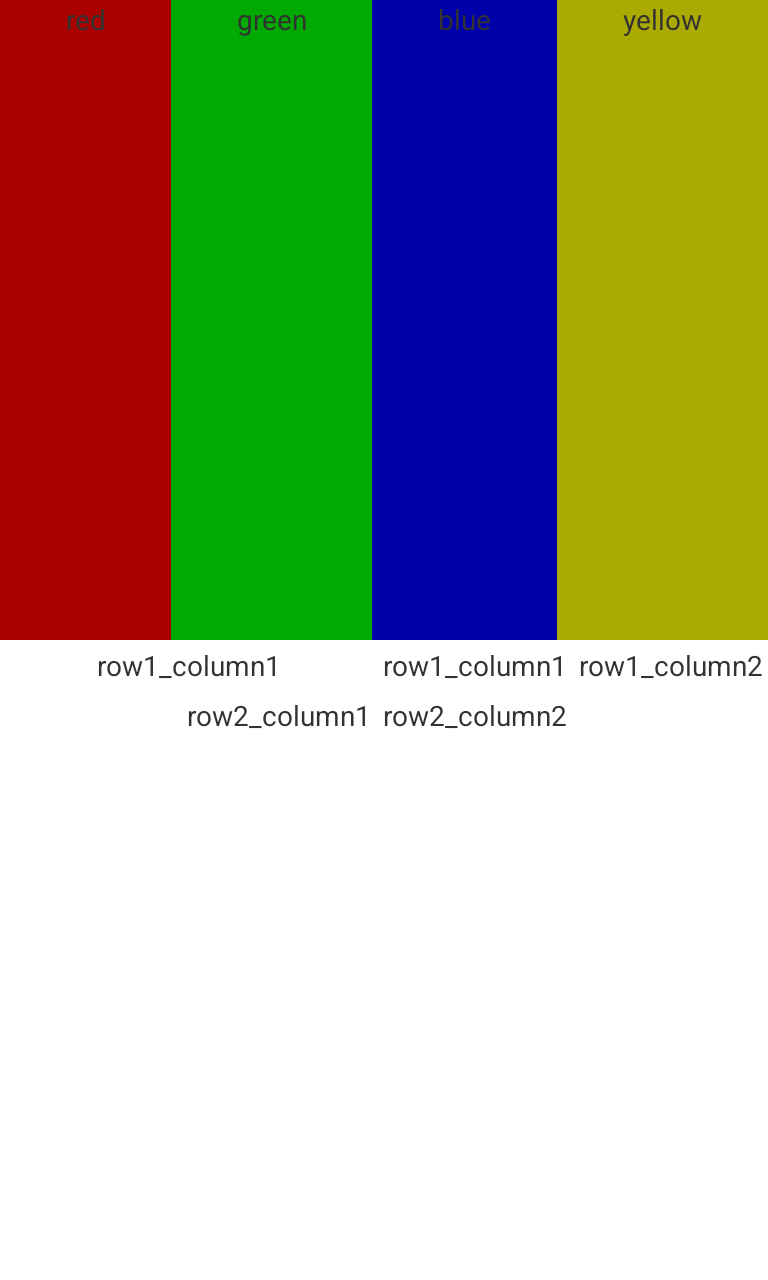
Repository: HouJun11220033/Android
Layout: Layout_04/res/layout/second.xml
These files come from the project's save history. The layout is drawn as it stood at one moment and after the next save; the edit follows.
It is drawn on a 768 x 1280 px phone screen (xhdpi) without system bars, with theme AppTheme; the app's code is not run.

Above is the layout before, as saved 2016-09-15 16:04:42.

After the next save:
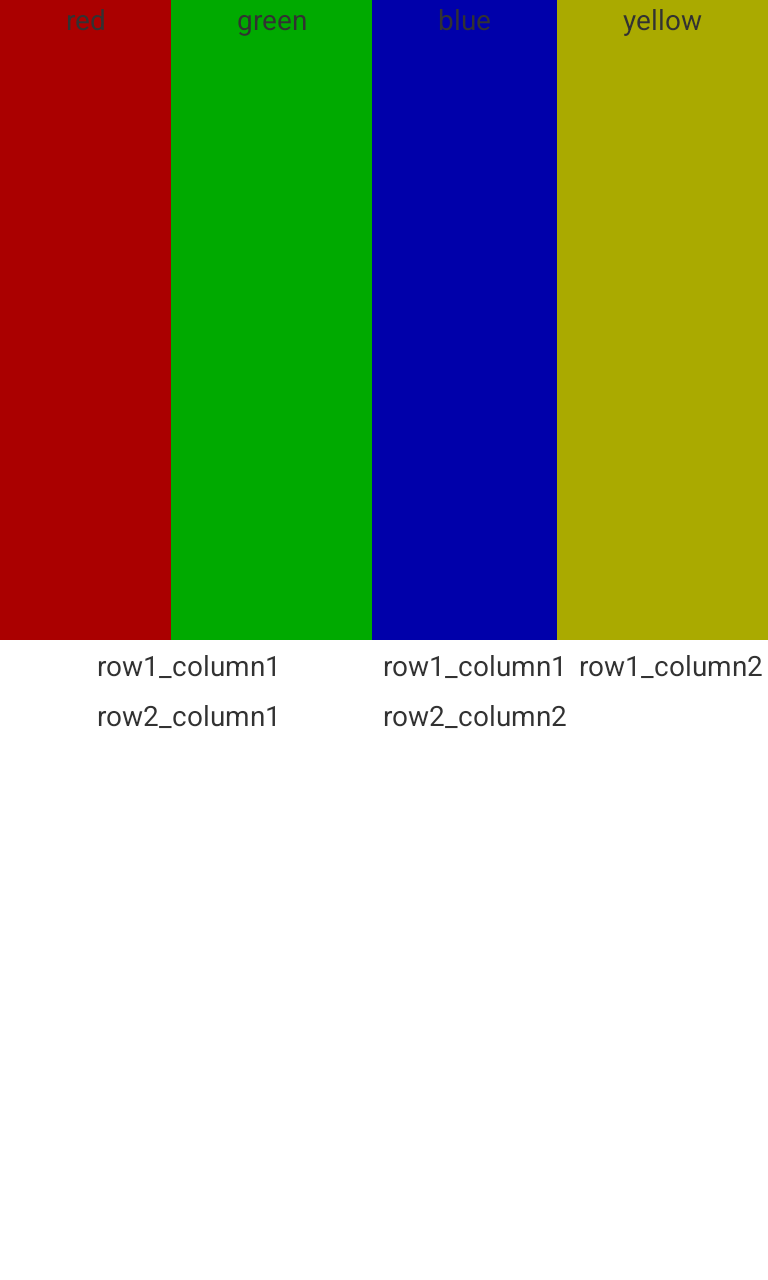
Saved 13 s later.
--- a/Layout_04/res/layout/second.xml
+++ b/Layout_04/res/layout/second.xml
@@ -76,12 +76,12 @@
             <TableRow>
 
                 <TextView
-                    android:gravity="right"
+                   android:gravity="center"
                     android:padding="3dip"
                     android:text="@string/row2_column1" />
 
                 <TextView
-                    android:gravity="right"
+                    android:gravity="center"
                     android:padding="3dip"
                     android:text="@string/row2_column2" />
             </TableRow>
